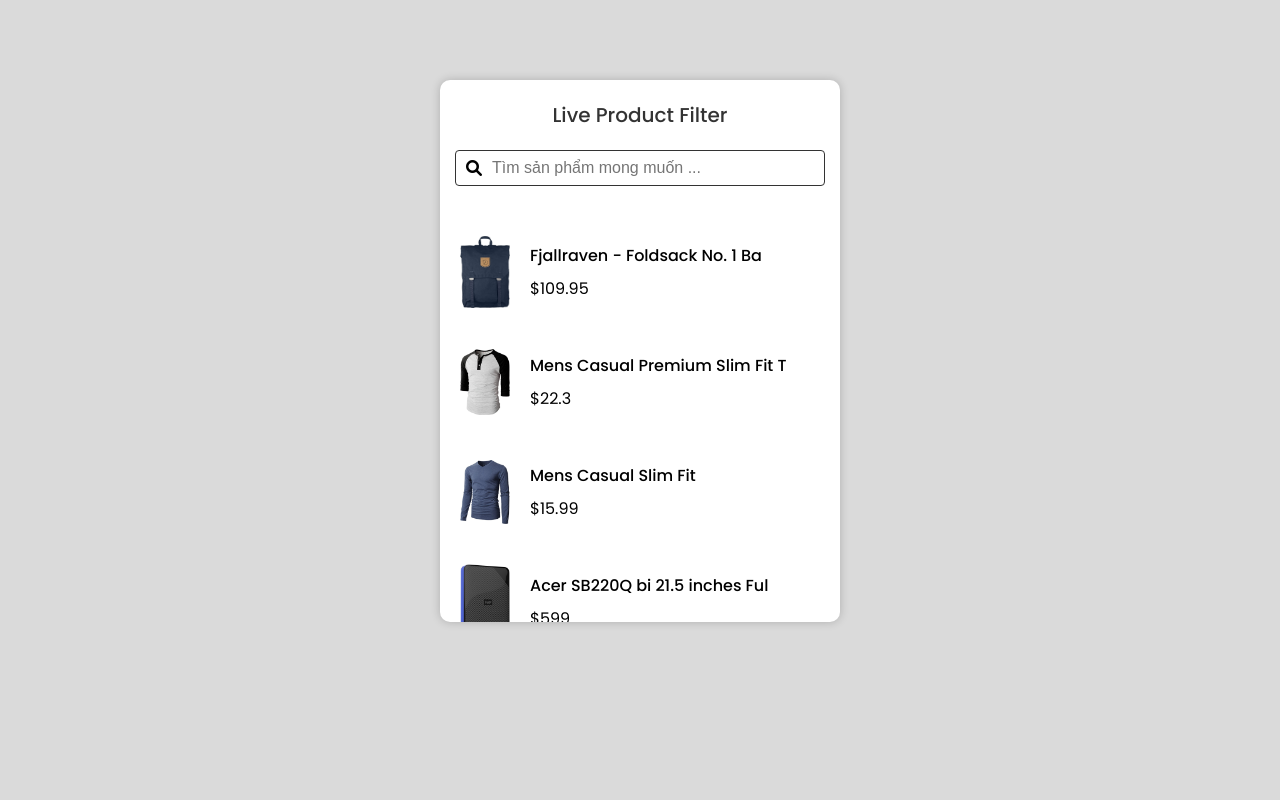
Repository: huannt2001/live-product-filter
Page: index.html
These files come from the project's save history. The page is drawn as it stood at one moment and after the next save; the edit follows.
The browser window is 1280 px wide. The pictures show the whole page.

Above is the page before, as saved 2022-01-08 10:36:04.

### index.html
<!DOCTYPE html>
<html lang="en">

<head>
    <meta charset="UTF-8">
    <meta http-equiv="X-UA-Compatible" content="IE=edge">
    <meta name="viewport" content="width=device-width, initial-scale=1.0">
    <title>Live Product Filter</title>
    <link rel="stylesheet" href="./style.css">
    <link rel="stylesheet" href="https://cdnjs.cloudflare.com/ajax/libs/font-awesome/6.0.0-beta3/css/all.min.css"
        integrity="sha512-Fo3rlrZj/k7ujTnHg4CGR2D7kSs0v4LLanw2qksYuRlEzO+tcaEPQogQ0KaoGN26/zrn20ImR1DfuLWnOo7aBA=="
        crossorigin="anonymous" referrerpolicy="no-referrer" />
    <link href="https://fonts.googleapis.com/css2?family=Poppins:wght@100;200;300;400;500;600;700;800;900&display=swap"
        rel="stylesheet">
</head>

<body>
    <div class="container">
        <div class="header">
            <h2 class="header__title">Live Product Filter</h2>
            <div class="header__input-wrap">
                <div class="header__search-icon">
                    <i class="fas fa-search"></i>
                </div>
                <input type="text" placeholder="Tìm sản phẩm mong muốn ..." class="header__input">
            </div>
        </div>

        <div class="product-list">
            <div class="product__item">
                <img src="./img/img1.jpg" alt="" class="product__item-image">
                <div class="product__item-desc">
                    <h4 class="product__item-name">Fjallraven - Foldsack No. 1 Ba</h4>
                    <div class="product__item-price">$109.95</div>
                </div>
            </div>
            <div class="product__item">
                <img src="./img/img2.jpg" alt="" class="product__item-image">
                <div class="product__item-desc">
                    <h4 class="product__item-name">Mens Casual Premium Slim Fit T</h4>
                    <div class="product__item-price">$22.3</div>
                </div>
            </div>
            <div class="product__item">
                <img src="./img/img3.jpg" alt="" class="product__item-image">
                <div class="product__item-desc">
                    <h4 class="product__item-name">Mens Cotton Jacket</h4>
                    <div class="product__item-price">$55.99</div>
                </div>
            </div>
            <div class="product__item">
                <img src="./img/img4.jpg" alt="" class="product__item-image">
                <div class="product__item-desc">
                    <h4 class="product__item-name">Mens Casual Slim Fit</h4>
                    <div class="product__item-price">$15.99</div>
                </div>
            </div>
            <div class="product__item">
                <img src="./img/img5.jpg" alt="" class="product__item-image">
                <div class="product__item-desc">
                    <h4 class="product__item-name">John Hardy Women's Legends Nag</h4>
                    <div class="product__item-price">$695</div>
                </div>
            </div>
            <div class="product__item">
                <img src="./img/img6.jpg" alt="" class="product__item-image">
                <div class="product__item-desc">
                    <h4 class="product__item-name">Solid Gold Petite Micropave</h4>
                    <div class="product__item-price">$168</div>
                </div>
            </div>
            <div class="product__item">
                <img src="./img/img7.jpg" alt="" class="product__item-image">
                <div class="product__item-desc">
                    <h4 class="product__item-name">White Gold Plated Princess</h4>
                    <div class="product__item-price">$9.99</div>
                </div>
            </div>
            <div class="product__item">
                <img src="./img/img8.jpg" alt="" class="product__item-image">
                <div class="product__item-desc">
                    <h4 class="product__item-name">Pierced Owl Rose Gold Plated S</h4>
                    <div class="product__item-price">$10.99</div>
                </div>
            </div>
            <div class="product__item">
                <img src="./img/img9.jpg" alt="" class="product__item-image">
                <div class="product__item-desc">
                    <h4 class="product__item-name">WD 2TB Elements Portable Exter</h4>
                    <div class="product__item-price">$64</div>
                </div>
            </div>
            <div class="product__item">
                <img src="./img/img10.jpg" alt="" class="product__item-image">
                <div class="product__item-desc">
                    <h4 class="product__item-name">SanDisk SSD PLUS 1TB Internal</h4>
                    <div class="product__item-price">$109</div>
                </div>
            </div>
            <div class="product__item">
                <img src="./img/img11.jpg" alt="" class="product__item-image">
                <div class="product__item-desc">
                    <h4 class="product__item-name">Silicon Power 256GB SSD 3D NAN</h4>
                    <div class="product__item-price">$109</div>
                </div>
            </div>
            <div class="product__item">
                <img src="./img/img12.jpg" alt="" class="product__item-image">
                <div class="product__item-desc">
                    <h4 class="product__item-name">WD 4TB Gaming Drive Works with</h4>
                    <div class="product__item-price">$114</div>
                </div>
            </div>
            <div class="product__item">
                <img src="./img/img13.jpg" alt="" class="product__item-image">
                <div class="product__item-desc">
                    <h4 class="product__item-name">Acer SB220Q bi 21.5 inches Ful</h4>
                    <div class="product__item-price">$599</div>
                </div>
            </div>
            <div class="product__item">
                <img src="./img/img14.jpg" alt="" class="product__item-image">
                <div class="product__item-desc">
                    <h4 class="product__item-name">Samsung 49-Inch CHG90 144Hz Cu</h4>
                    <div class="product__item-price">$999.99</div>
                </div>
            </div>
            <div class="product__item">
                <img src="./img/img15.jpg" alt="" class="product__item-image">
                <div class="product__item-desc">
                    <h4 class="product__item-name">BIYLACLESEN Women's 3-in-1 Sno</h4>
                    <div class="product__item-price">$56.99</div>
                </div>
            </div>
            <div class="product__item">
                <img src="./img/img16.jpg" alt="" class="product__item-image">
                <div class="product__item-desc">
                    <h4 class="product__item-name">Lock and Love Women's Removabl</h4>
                    <div class="product__item-price">$29.95</div>
                </div>
            </div>
            <div class="product__item">
                <img src="./img/img17.jpg" alt="" class="product__item-image">
                <div class="product__item-desc">
                    <h4 class="product__item-name">Rain Jacket Women Windbreaker</h4>
                    <div class="product__item-price">$39.99</div>
                </div>
            </div>
            <div class="product__item">
                <img src="./img/img18.jpg" alt="" class="product__item-image">
                <div class="product__item-desc">
                    <h4 class="product__item-name">MBJ Women's Solid Short Sleeve</h4>
                    <div class="product__item-price">$9.85</div>
                </div>
            </div>
            <div class="product__item">
                <img src="./img/img19.jpg" alt="" class="product__item-image">
                <div class="product__item-desc">
                    <h4 class="product__item-name">Opna Women's Short Sleeve Mois</h4>
                    <div class="product__item-price">$7.95</div>
                </div>
            </div>
            <div class="product__item">
                <img src="./img/img20.jpg" alt="" class="product__item-image">
                <div class="product__item-desc">
                    <h4 class="product__item-name">DANVOUY Womens T Shirt Casual</h4>
                    <div class="product__item-price">$12.99</div>
                </div>
            </div>
        </div>
    </div>

    <script>
        const products = document.querySelectorAll('.product__item')
        const productsName = document.querySelectorAll('.product__item-name')
        const input = document.querySelector('.header__input')

        input.addEventListener('input', () => {
            searchItem(input.value)
        })

        function searchItem(value) {
            Array.from(products).forEach(product => {
                if (!product.innerText.toLowerCase().includes(value.toLowerCase())) {
                    product.classList.add('hide')
                } else {
                    product.classList.remove('hide')
                }
            })
        }

        searchItem('f')
    </script>
</body>

</html>

### style.css
* {
    padding: 0;
    margin: 0;
    box-sizing: border-box;
}

body {
    font-family: "Poppins", sans-serif;
    background-color: #dadada;
    height: 100vh;
    width: 100%;
}

.container {
    width: 400px;
    margin: 80px auto;
    background-color: #fff;
    border-radius: 10px;
    box-shadow: 0px 0px 10px rgba(0, 0, 0, 0.2);

}

.header {
    padding: 20px 15px;
}

.header__title {
    font-size: 20px;
    color: #333;
    font-weight: 500;
    text-align: center;
    margin-bottom: 20px;
}

.header__input-wrap {
    display: flex;
    align-items: center;
    border: 1px solid #333;
    border-radius: 4px;
}

.header__search-icon {
    font-size: 16px;
    padding: 4px 0 4px 10px;
    cursor: pointer;
}

input.header__input {
    border: none;
    outline: none;
    flex: 1;
    font-size: 16px;
    padding: 8px 10px;
    background-color: transparent;
}

.product-list {
    margin-top: 16px;
    max-height: 400px;
    overflow-y: auto;
}

.product__item {
    display: flex;
    align-items: center;
    padding: 8px 20px;
    margin-bottom: 10px;
    height: 100px;
    cursor: pointer;
}

.product__item:hover {
    background-color: #ddd;
}

.product__item-image {
    width: 50px;
    margin-right: 20px;
}

h4.product__item-name {
    font-weight: 500;
    margin-bottom: 8px;
}

.hide {
    display: none;
}

After the next save:
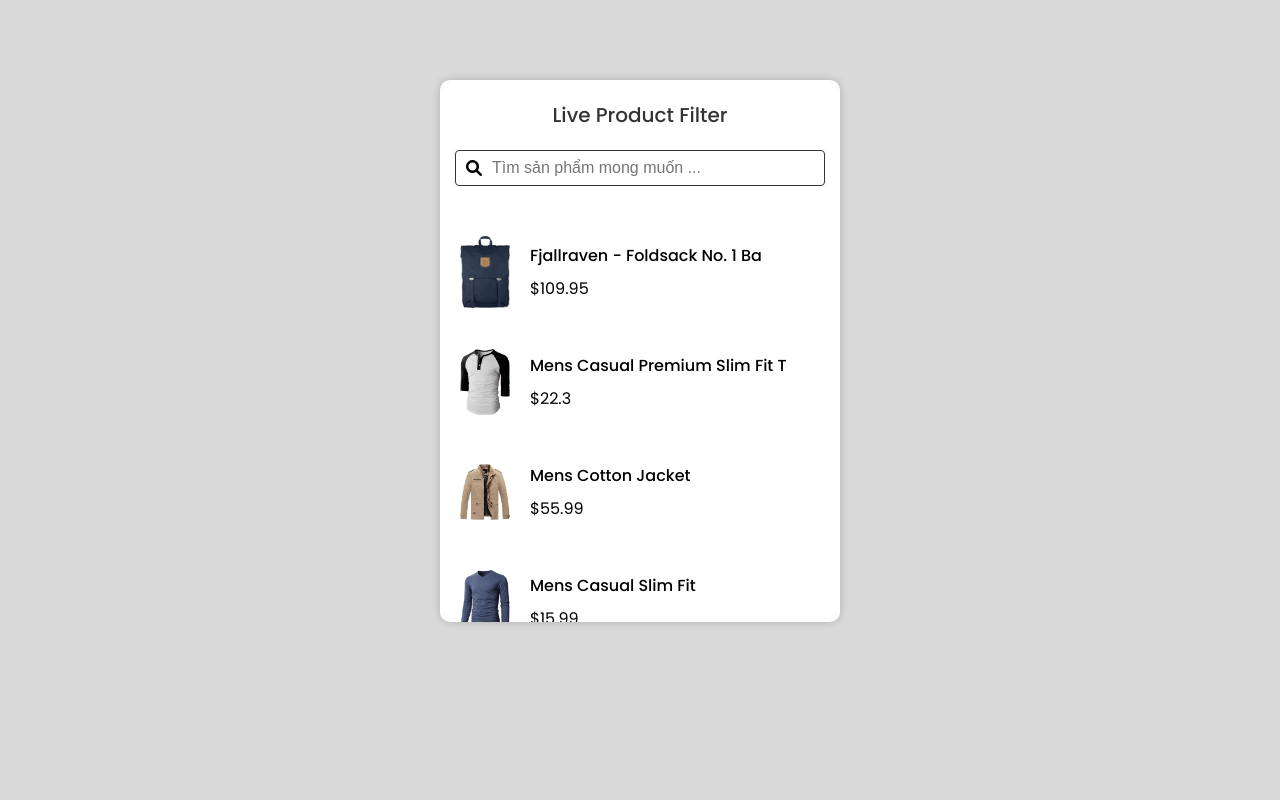
Saved 8 s later.
--- a/index.html
+++ b/index.html
@@ -189,7 +189,7 @@
             })
         }
 
-        searchItem('f')
+        // searchItem('f')
     </script>
 </body>
 
